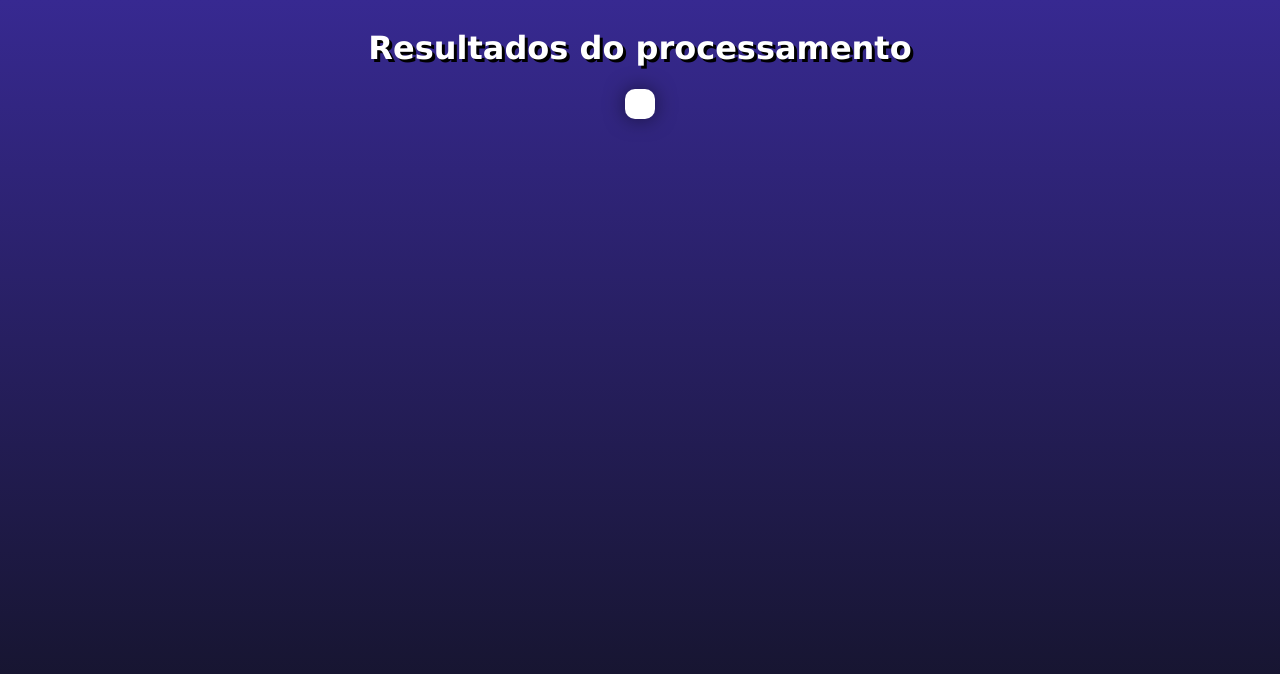
Repository: lcampagnaro/cursophp
Page: http://localhost/ex_form_php/cad.php
The author's editor kept a copy of each file at every save. The page is drawn from the files as they stood at one save, then again after a run of saves.
The browser window is 1280 px wide. The pictures show the whole page.
The page is run by PHP 8.4 with error messages shown; the project is at /var/www/html/.

Above is the page before, as saved 2023-08-29 14:13:43.

After the next 2 saves:
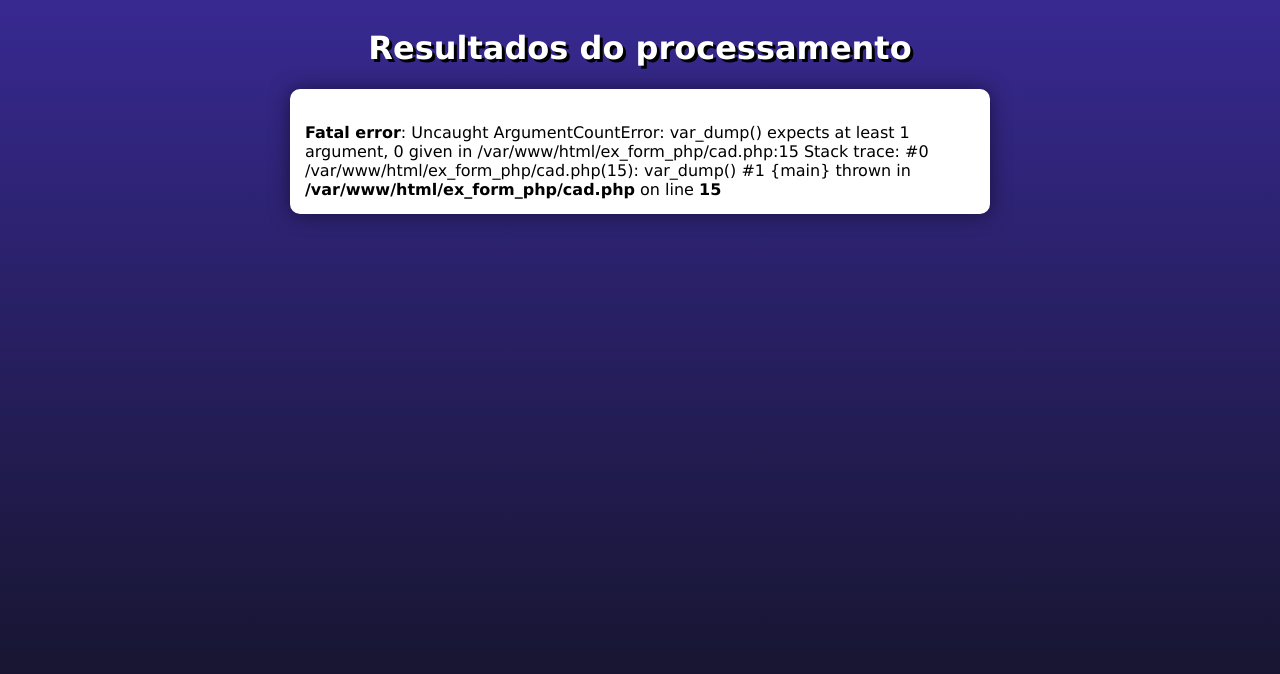
The 2 saves are shown as one change because they came seconds apart.
The last was saved 3 min 22 s later.
--- a/ex_form_php/cad.php
+++ b/ex_form_php/cad.php
@@ -12,7 +12,7 @@
     </header>
     <main>
         <?php
-
+            var_dump()
 
         ?>
     </main>

After the 3 saves that followed:
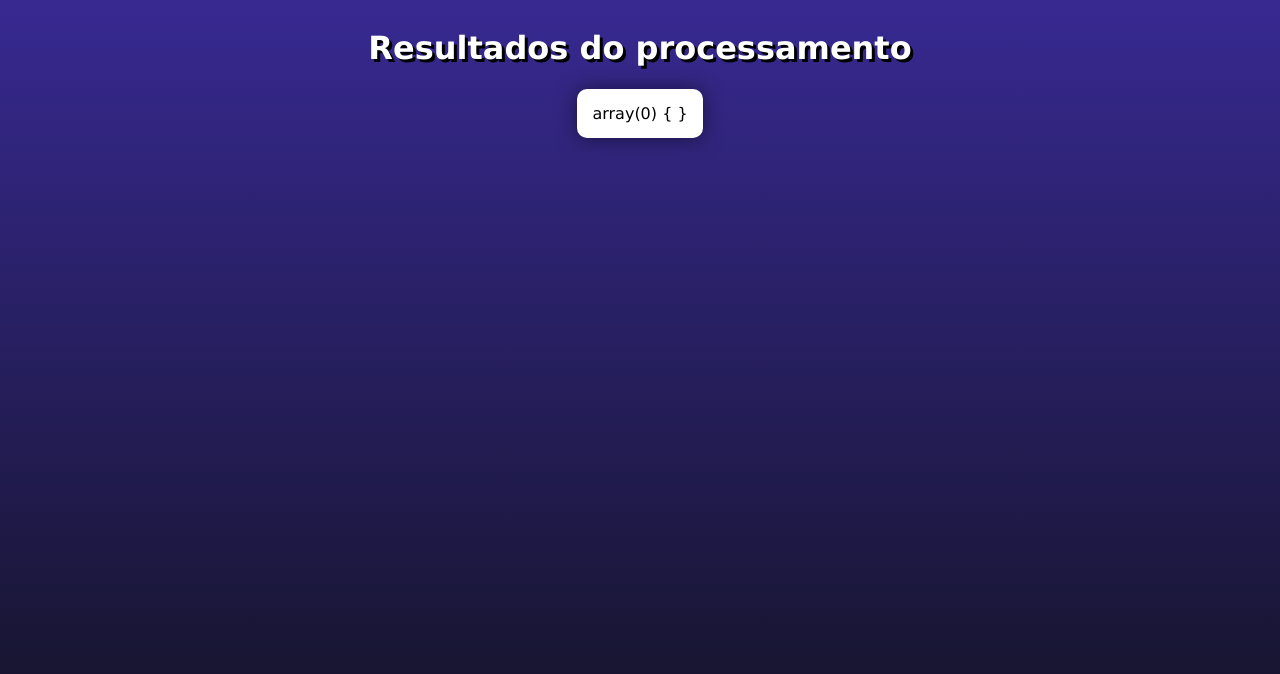
The 3 saves are shown as one change because they came seconds apart.
The last was saved 10 s later.
--- a/ex_form_php/cad.php
+++ b/ex_form_php/cad.php
@@ -12,7 +12,7 @@
     </header>
     <main>
         <?php
-            var_dump()
+            var_dump($_REQUEST)
 
         ?>
     </main>
